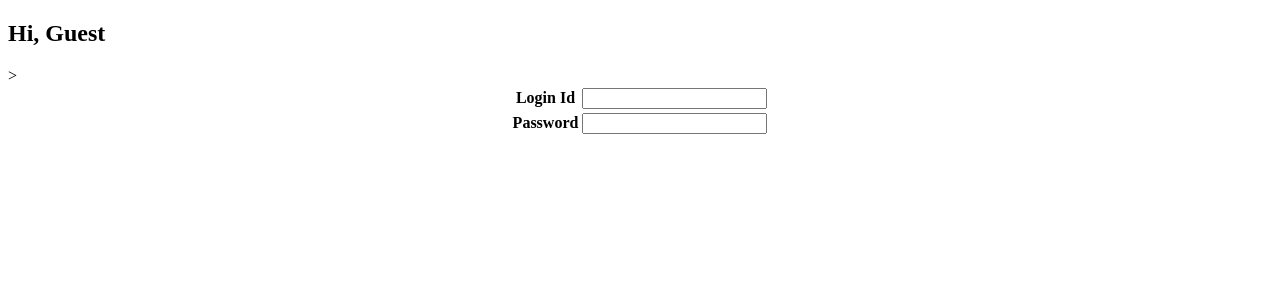
Repository: Ajay12Ajay/Advance_Java
Page: http://localhost/Advance_Web_Project/LoginView.jsp
An editor plug-in stored every save of this project. The page is shown before and after the next save, followed by the edit.
The browser window is 1280 px wide. The pictures show the whole page.
The page is served by Tomcat 9. Other server files are loaded and not shown.

Above is the page before, as saved 2025-07-24 09:46:20.

### Advance_Java/Advance_Web_Project/WebContent/LoginView.jsp
<%@ page language="java" contentType="text/html; charset=UTF-8"
	pageEncoding="UTF-8"%>
<!DOCTYPE html>
<html>
<head>
<meta charset="UTF-8">
<title>Insert title here</title>
</head>
<body>
	<%@ include file="Header.jsp"%>>
	<div align="center">
		<table>
			<tr>
				<th>Login Id</th>
				<td><input type="text" name="loginId"></td>
			</tr>

			<tr>
				<th>Password</th>
				<td><input type="text" name="password"></td>
			</tr>
		</table>
	</div>

</body>
</html>

### Advance_Java/Advance_Web_Project/WebContent/Header.jsp
<%@ page language="java" contentType="text/html; charset=UTF-8"
	pageEncoding="UTF-8"%>
<!DOCTYPE html>
<html>
<head>
<meta charset="UTF-8">
<title>Insert title here</title>
</head>
<body>

	<div>
		<h2>Hi, Guest</h2>
	</div>

</body>
</html>

After the next save:
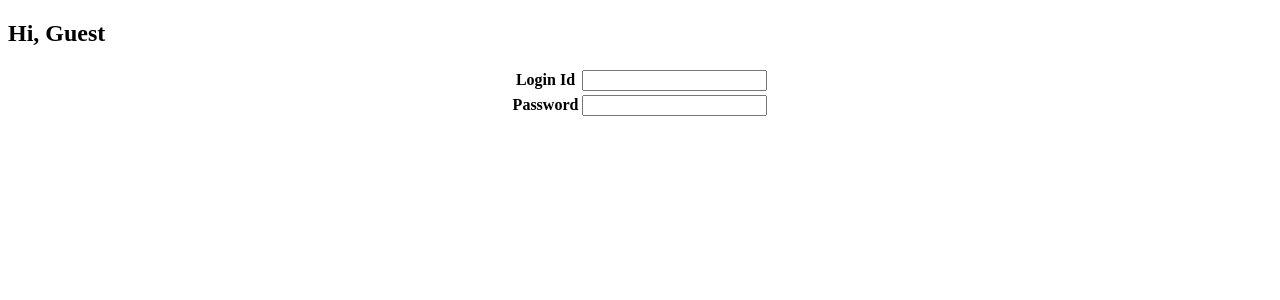
Saved 22 s later.
--- a/Advance_Java/Advance_Web_Project/WebContent/LoginView.jsp
+++ b/Advance_Java/Advance_Web_Project/WebContent/LoginView.jsp
@@ -7,7 +7,7 @@
 <title>Insert title here</title>
 </head>
 <body>
-	<%@ include file="Header.jsp"%>>
+	<%@ include file="Header.jsp"%>
 	<div align="center">
 		<table>
 			<tr>
